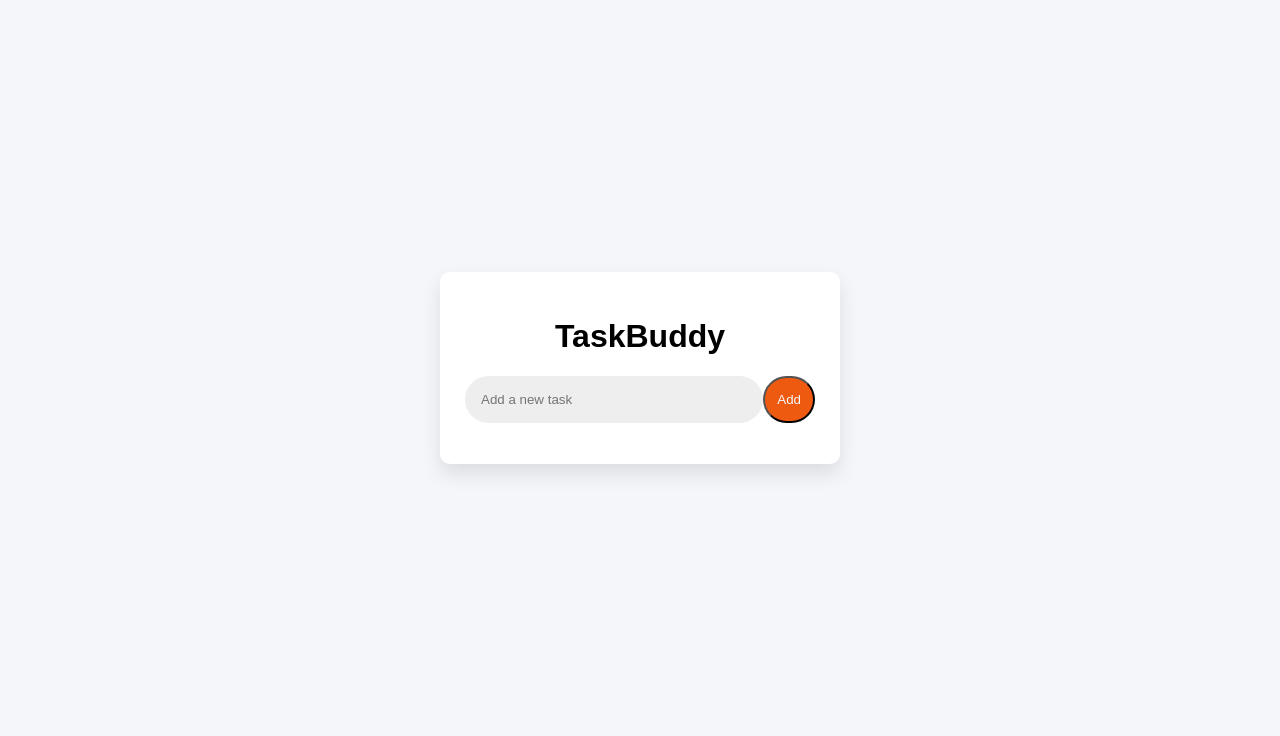
Repository: yogeshnandwani/taskbuddy-todo
Page: index.html
These files come from the project's save history. The page is drawn as it stood at one moment and after the next save; the edit follows.
The browser window is 1280 px wide. The pictures show the whole page.

Above is the page before, as saved 2026-03-16 17:29:56.

### index.html
<!DOCTYPE html>
<html lang="en">
<head>
<meta charset="UTF-8">
<title>TaskBuddy</title>
<link rel="stylesheet" href="css/style.css">
</head>

<body>

<div class="app">

<h1>TaskBuddy</h1>

<div class="task-input">
<input type="text" id="taskInput" placeholder="Add a new task">
<button id="addBtn">Add</button>
</div>

<ul id="taskList"></ul>

</div>

<script src="js/script.js"></script>

</body>
</html>

### css/style.css
body{
    font-family: Arial, sans-serif;
    background:#f4f6f9;
    display:flex;
    justify-content:center;
    align-items:center;
    height:100vh;
}

.app{
    background:white;
    padding:25px;
    border-radius:10px;
    width:350px;
    box-shadow:0 10px 20px rgba(0,0,0,0.1);
}

h1{
    text-align:center;
}

.task-input{
    display:flex;
}

input{
    flex:1;
    padding:8px;
    border: none;
    border-radius: 50px;
    padding: 1rem;
    background-color: #eee;
}

button{
    padding:8px 12px;
    border-radius: 50px;
    background-color: #ee5a10;
    color: #f4f6f9;
    cursor:pointer;
}

li{
    background:#eee;
    margin-top:10px;
    padding:10px;
    display:flex;
    justify-content:space-between;
}

Loaded but not shown: js/script.js (no copy from this time; the picture is the same without it)

After the next save:
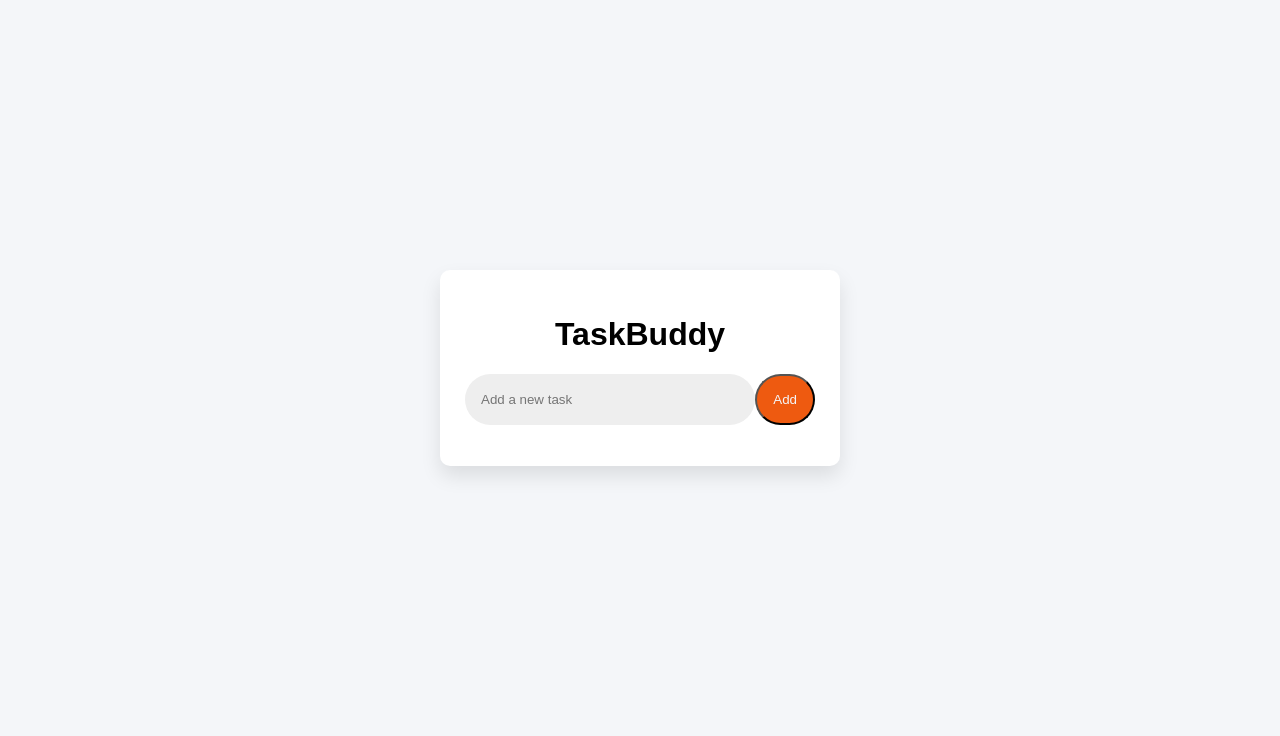
Saved 11 s later.
--- a/css/style.css
+++ b/css/style.css
@@ -33,7 +33,7 @@ input{
 }
 
 button{
-    padding:8px 12px;
+    padding:1rem;
     border-radius: 50px;
     background-color: #ee5a10;
     color: #f4f6f9;
